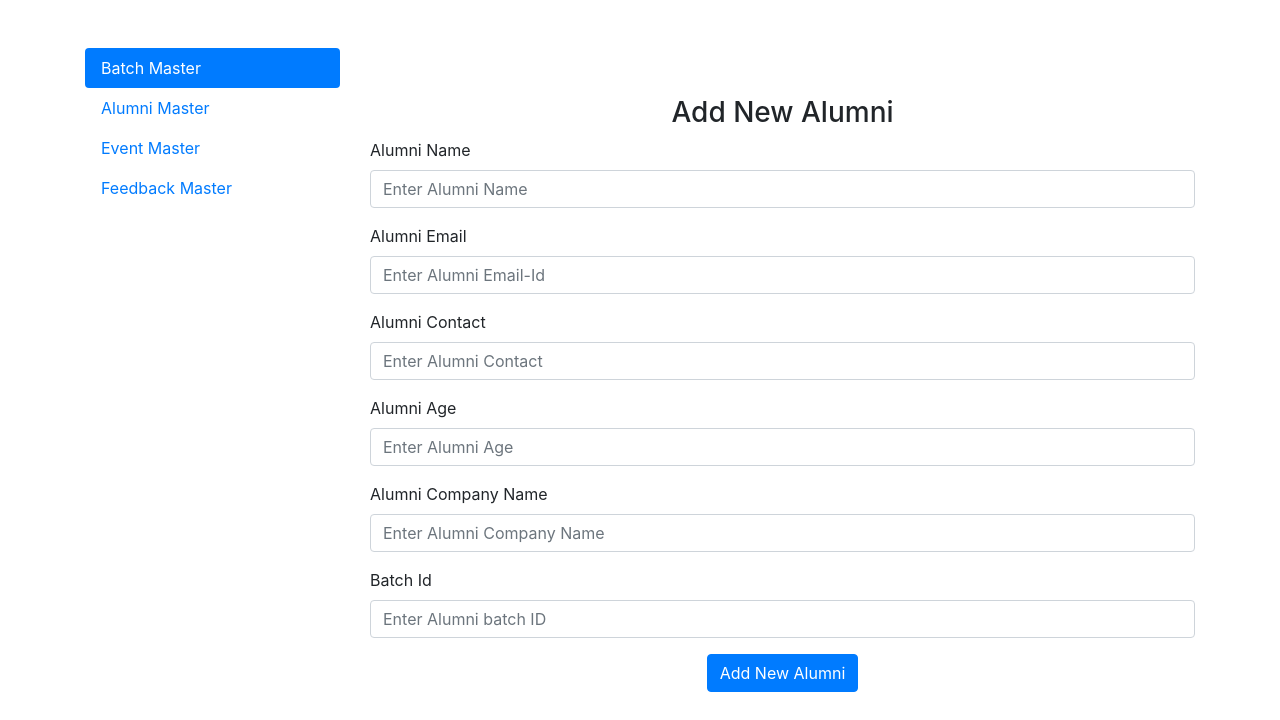
Repository: Shreyash1107/Web_Projects
Page: http://localhost/AlumnieventmanagementApplication/AddAlumni.jsp
The author's editor kept a copy of each file at every save. The page is drawn from the files as they stood at one save, then again after the next save.
The browser window is 1280 px wide. The pictures show the whole page.
The page is served by Tomcat 9. Nobody is signed in. The application's start-up code is not run.

Above is the page before, as saved 2024-07-30 07:39:53.

After the next save:
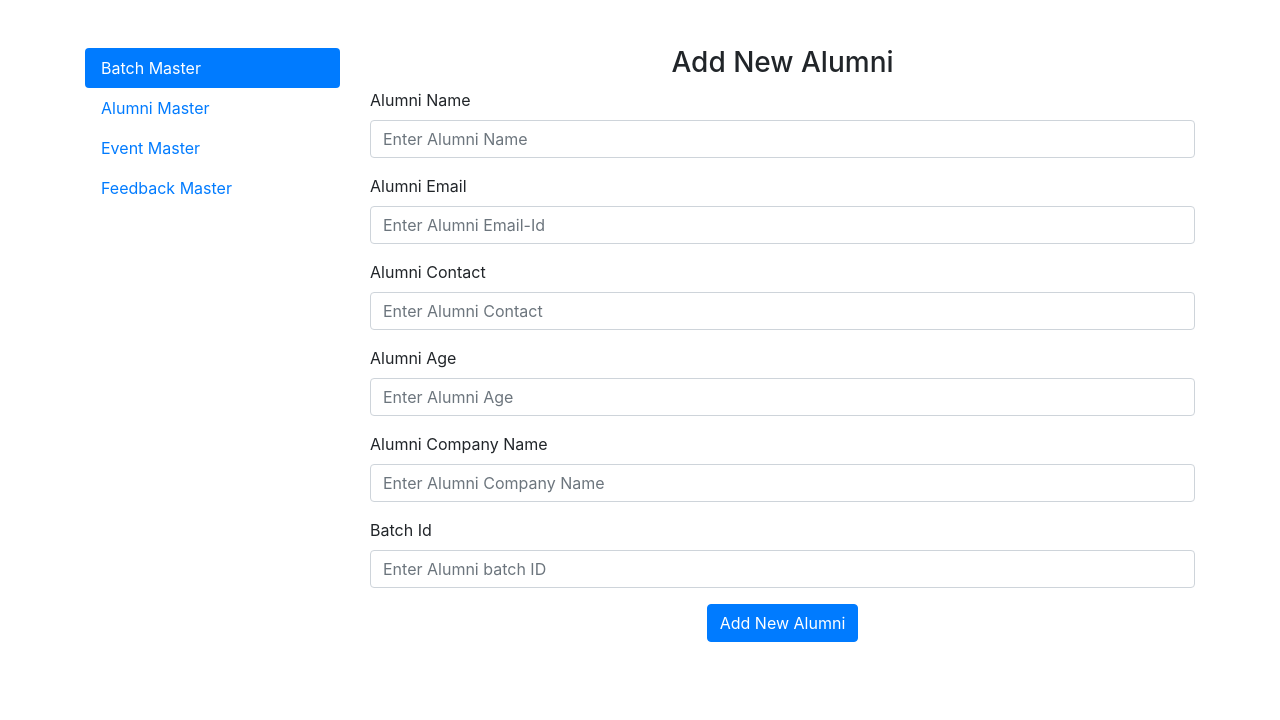
Saved 7 s later.
--- a/AlumnieventmanagementApplication/src/main/webapp/AddAlumni.jsp
+++ b/AlumnieventmanagementApplication/src/main/webapp/AddAlumni.jsp
@@ -9,7 +9,7 @@
 	href="https://cdn.jsdelivr.net/npm/bootstrap@4.0.0/dist/css/bootstrap.min.css"
 	integrity="sha384-Gn5384xqQ1aoWXA+058RXPxPg6fy4IWvTNh0E263XmFcJlSAwiGgFAW/dAiS6JXm"
 	crossorigin="anonymous">
-	<link rel="stylesheet" href="CSS/view.css"/>
+	<link rel="stylesheet" href="CSS/Addalumni.css"/>
 </head>
 <body>
 	<div class="container mt-5">
